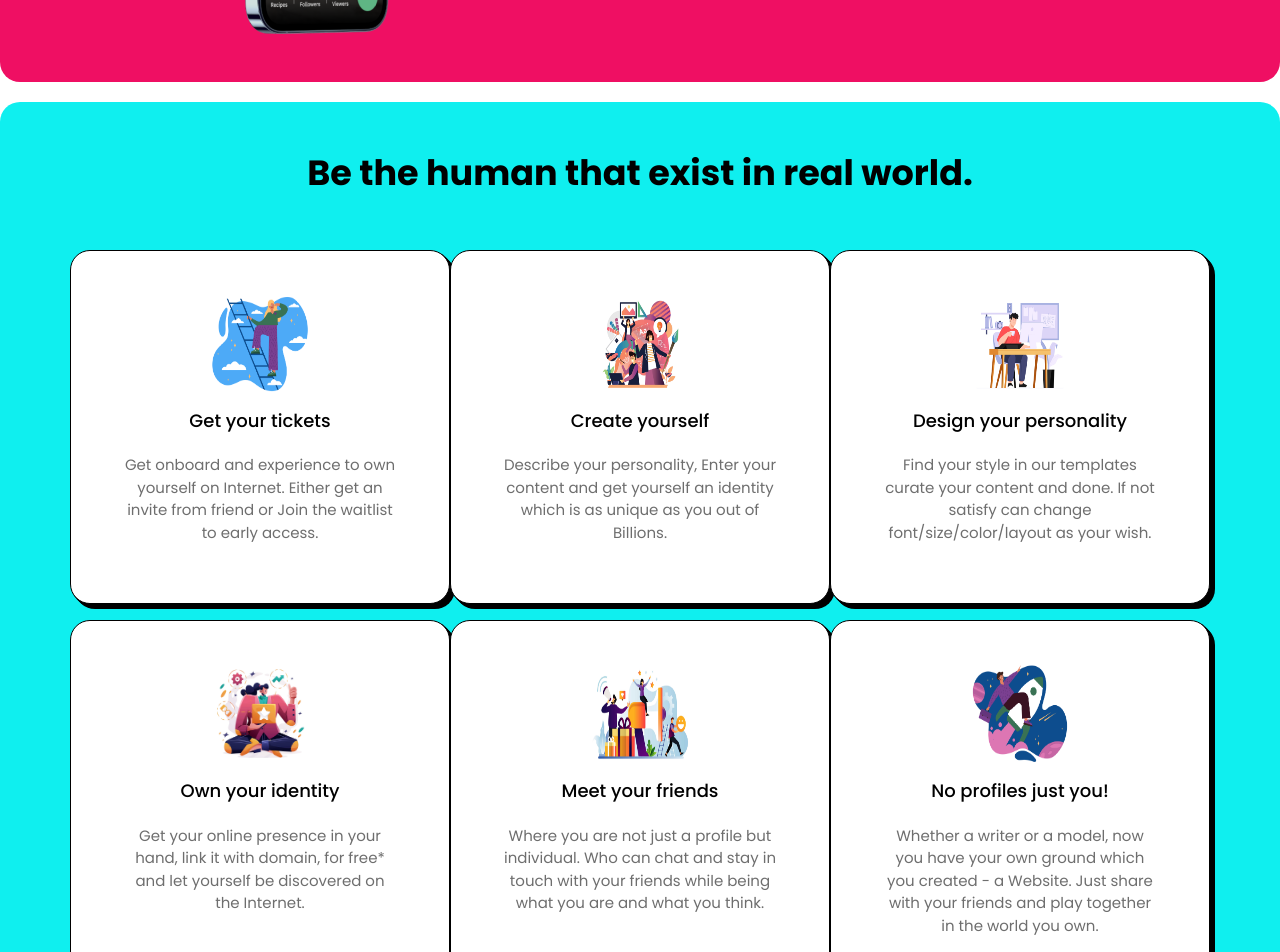
Repository: itsmesikandar/swavy.in.github.io
Page: index.html
An editor plug-in stored every save of this project. The page is shown before and after the next save, followed by the edit.
The browser window is 1280 px wide. The pictures show the part of the page from y = 3516 to 4468 px (the page is 5000 px tall before and 4996 px after).

Above is the page before, as saved 2023-02-23 01:06:36.
Console error: TypeError: Cannot read properties of undefined (reading 'fn')

After the next save:
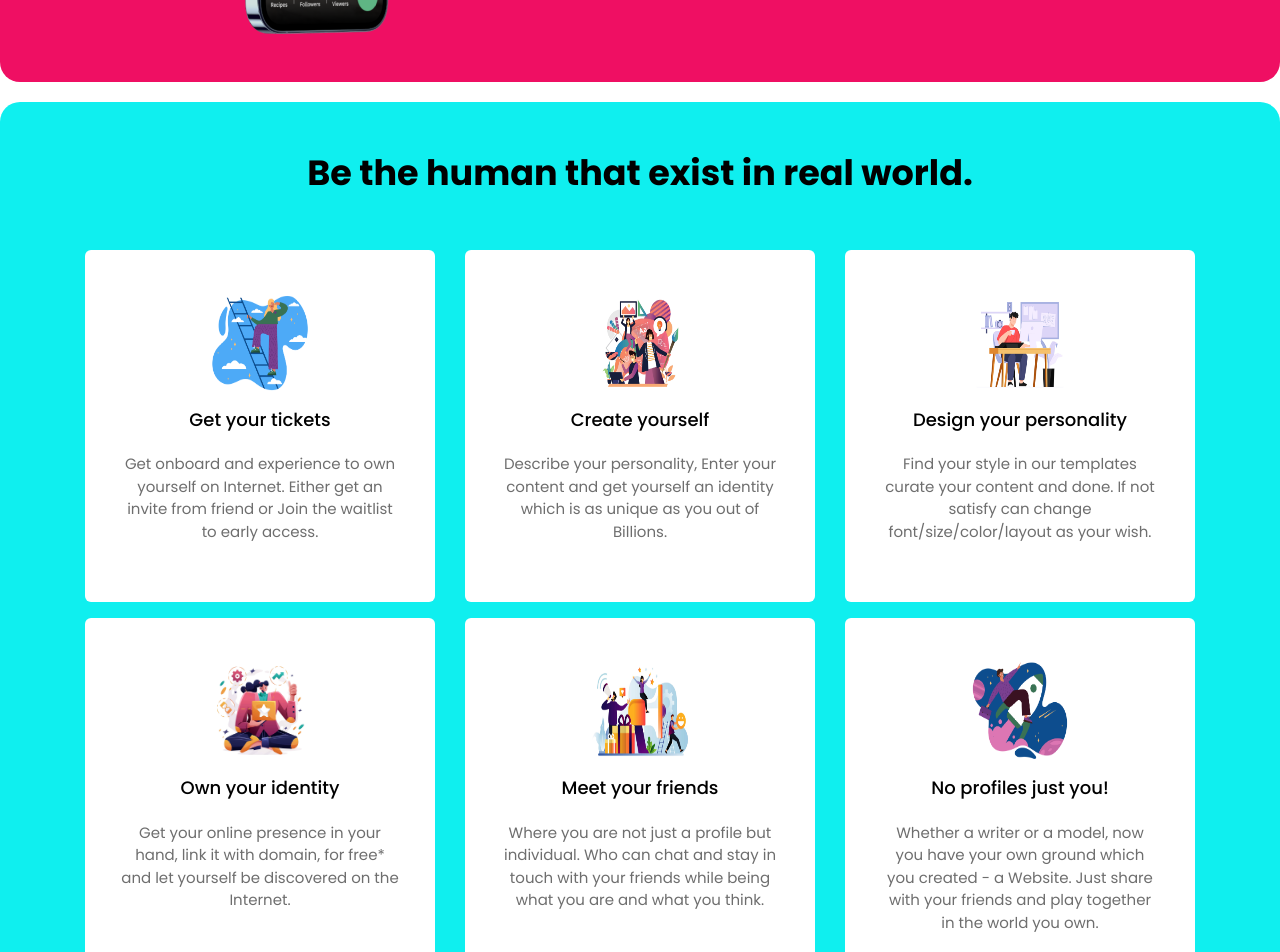
Saved 32 s later.
--- a/index.html
+++ b/index.html
@@ -202,14 +202,14 @@
           </section>
 
 
-      <section class="case-studies bg_color_fifth " id="case-studies-section">
+      <section class="case-studies bg_color_fifth" id="case-studies-section">
         <div class="container">
           <div class="row ">
             <div class="col-12 text-center pb-5">
               <h2><b>Be the human that exist in real world.</b></h2>
             </div>
 
-            <div class="col-12 col-md-6 col-lg-4 stretch-card mb-3 mb-lg-3 font-wt-wb box-shadow-3d-d" data-aos="zoom-in">
+            <div class="col-12 col-md-6 col-lg-4 stretch-card mb-3 mb-lg-3" data-aos="zoom-in">
               <div class="card customer-cards">
                 <div class="card-body">
                   <div class="text-center">
@@ -222,7 +222,7 @@
               </div>
             </div>
 
-            <div class="col-12 col-md-6 col-lg-4 stretch-card mb-3 mb-lg-3 font-wt-wb box-shadow-3d-d" data-aos="zoom-in" data-aos-delay="200">
+            <div class="col-12 col-md-6 col-lg-4 stretch-card mb-3 mb-lg-3" data-aos="zoom-in" data-aos-delay="200">
               <div class="card customer-cards">
                 <div class="card-body">
                   <div class="text-center">
@@ -235,7 +235,7 @@
               </div>
             </div>
 
-            <div class="col-12 col-md-6 col-lg-4 stretch-card mb-3 mb-lg-3 font-wt-wb box-shadow-3d-d" data-aos="zoom-in" data-aos-delay="400">
+            <div class="col-12 col-md-6 col-lg-4 stretch-card mb-3 mb-lg-3" data-aos="zoom-in" data-aos-delay="400">
               <div class="card customer-cards">
                 <div class="card-body">
                   <div class="text-center">
@@ -248,7 +248,7 @@
               </div>
             </div>
 
-            <div class="col-12 col-md-6 col-lg-4 stretch-card mb-3 mb-lg-3 font-wt-wb box-shadow-3d-d" data-aos="zoom-in" data-aos-delay="600">
+            <div class="col-12 col-md-6 col-lg-4 stretch-card mb-3 mb-lg-3" data-aos="zoom-in" data-aos-delay="600">
               <div class="card customer-cards">
                 <div class="card-body">
                   <div class="text-center">
@@ -261,7 +261,7 @@
               </div>
             </div>
 
-            <div class="col-12 col-md-6 col-lg-4 stretch-card mb-3 mb-lg-3 font-wt-wb box-shadow-3d-d" data-aos="zoom-in" data-aos-delay="400">
+            <div class="col-12 col-md-6 col-lg-4 stretch-card mb-3 mb-lg-3" data-aos="zoom-in" data-aos-delay="400">
               <div class="card customer-cards">
                 <div class="card-body">
                   <div class="text-center">
@@ -274,7 +274,7 @@
               </div>
             </div>
 
-            <div class="col-12 col-md-6 col-lg-4 stretch-card mb-3 mb-lg-3 font-wt-wb box-shadow-3d-d" data-aos="zoom-in" data-aos-delay="600">
+            <div class="col-12 col-md-6 col-lg-4 stretch-card mb-3 mb-lg-3" data-aos="zoom-in" data-aos-delay="600">
               <div class="card customer-cards">
                 <div class="card-body">
                   <div class="text-center">
